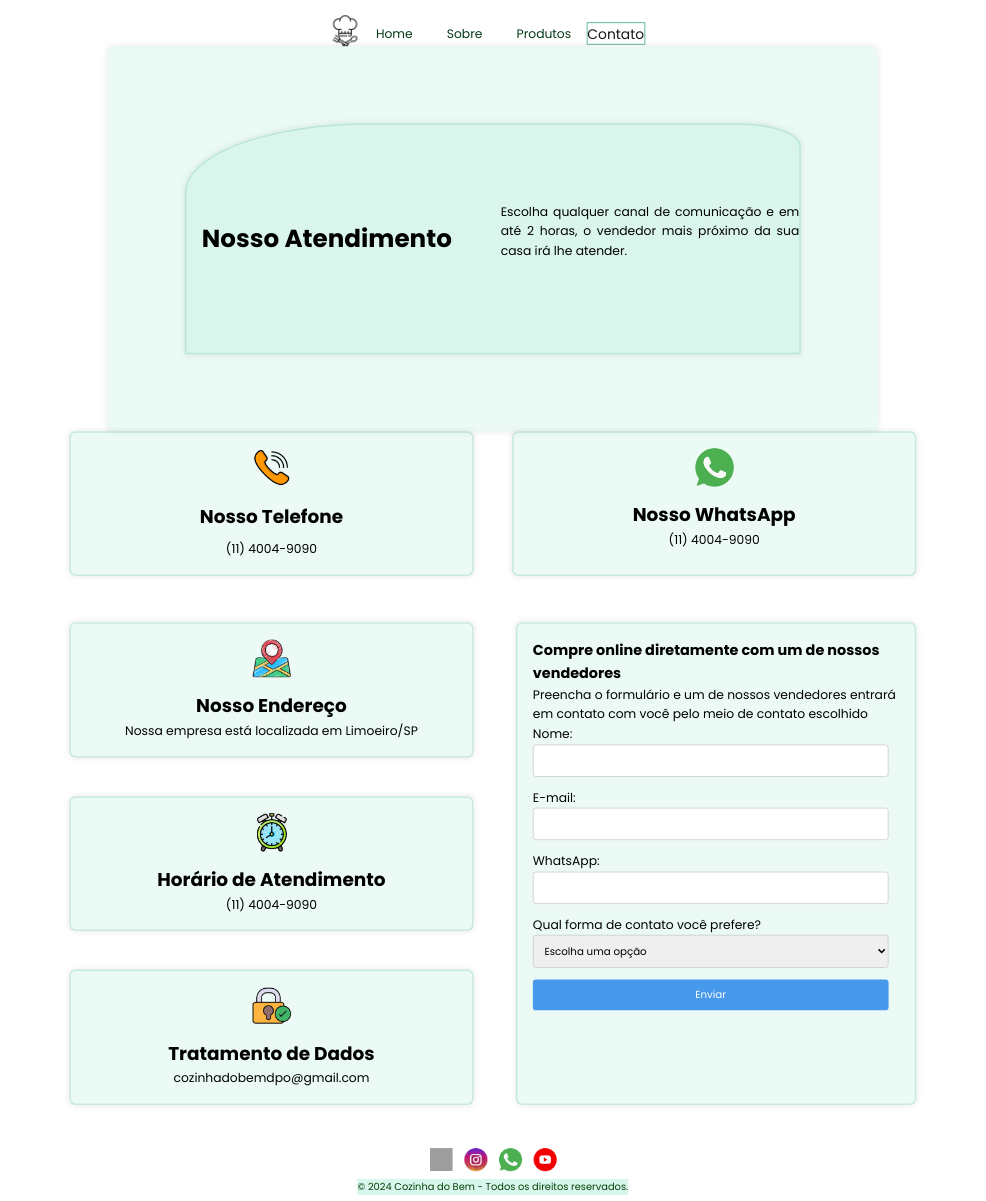
Repository: Thalia-Nataly/Cozinha-do-Bem-Proz
Page: contato.html
These files come from the project's save history. The page is drawn as it stood at one moment and after the next save; the edit follows.
The browser window is 1280 px wide. The pictures show the whole page, at 77% of full size.
Pictures or frames that could not be fetched are drawn as grey boxes.

Above is the page before, as saved 2024-08-25 19:18:31.

### contato.html
<!DOCTYPE html>
<html lang="pt-br">
<head>
    <meta charset="UTF-8">
    <meta name="viewport" content="width=device-width, initial-scale=1.0">
    <title>Contato</title>
    <link rel="icon" href="Imagens/favicon.jpg" type="image/jpg">
    <!-- CSS -->
    <link rel="stylesheet" href="css/stylegeral.css">
    <!-- JS -->
    <script src="js/menu.js" defer></script>
    <!-- Google Fonts -->
    <link rel="preconnect" href="https://fonts.googleapis.com">
    <link rel="preconnect" href="https://fonts.gstatic.com" crossorigin>
    <link href="https://fonts.googleapis.com/css2?family=Poppins:wght@100;200;300;400;500;600;700;800;900&display=swap" rel="stylesheet">
</head>
<body>
    <!-- Topo -->
    <a id="top"></a>

    <!-- Cabeçalho -->
    <header id="header">
       <div class="interface">
            <section class="logo">
                <img class="logo-branca" src="Imagens/logo.jpg" alt="Logo">
                <img class="logo-preto" src="Imagens/logo.jpg" alt="Logo">
            </section>
            <section class="menu-desktop">
                <nav>
                    <ul>
                        <li><a href="home.html">Home</a></li>
                        <li><a href="sobre.html">Sobre</a></li>
                        <li><a href="produtos.html">Produtos</a></li>
                    </ul>
                </nav>
            </section>
            <section class="btn-contato">
                <a href="contato.html">
                    <button>Contato</button>
                </a>
            </section>
        </div>
    </header>

    <!-- Main -->
    <main>
        <div class="main-content">
            <div class="box-conteiners">
                <div class="box-content">
                    <h1>Nosso Atendimento</h1>
                    <p><span>Escolha qualquer canal de comunicação e em até 2 horas, o vendedor mais próximo da sua casa irá lhe atender.</span></p>
                </div>
            </div>
        </div>

        <!-- Seções de Contato -->
        <div class="contact-container">
            <!-- Contêiner que contém o telefone e o WhatsApp -->
            <div class="contact-info-container">
                <div class="contact-info">
                    <div class="contact-box phone-box">
                        <img src="Imagens\telefone.png" alt="Ícone de Telefone" class="contact-icon">
                        <h2>Nosso Telefone</h2>
                        <p>(11) 4004-9090</p>
                    </div>
                    <div class="contact-box whatsapp-box">
                        <img src="Imagens\whatsapp_2504845.png" alt="Ícone de whatsapp" class="contact-icon">
                        <h2>Nosso WhatsApp</h2>
                        <p>(11) 4004-9090</p>
                    </div>
                </div>
            </div>

            <!-- Contêiner que contém os detalhes de contato e o formulário -->
            <div class="contact-details-form-container">
                <!-- Detalhes de contato -->
                <div class="contact-details">
                    <div class="contact-box">
                        <img src="Imagens\localização.png" alt="Ícone de Endereço" class="contact-icon">
                        <h2>Nosso Endereço</h2>
                        <p>Nossa empresa está localizada em Limoeiro/SP</p>
                    </div>
                    <div class="contact-box">
                        <img src="Imagens\horario.png" alt="Ícone de Relógio" class="contact-icon">
                        <h2>Horário de Atendimento</h2>
                        <p>(11) 4004-9090</p>
                    </div>
                    <div class="contact-box">
                        <img src="Imagens\cadeado.png" alt="Ícone de Cadeado" class="contact-icon">
                        <h2>Tratamento de Dados</h2>
                        <p>cozinhadobemdpo@gmail.com</p>
                    </div>
                </div>

                <!-- Formulário -->
                <div class="form-container">
                    <form>
                        <h3>Compre online diretamente com um de nossos vendedores</h3>
                        <p>Preencha o formulário e um de nossos vendedores entrará em contato com você pelo meio de contato escolhido </p>
                        <label for="nome">Nome: </label>
                        <input type="text" name="nome" id="nome" required>
                        <label for="email">E-mail: </label>
                        <input type="email" name="email" id="email" required>
                        <label for="tel">WhatsApp: </label>
                        <input type="tel" name="tel" id="tel" required>
                        <label for="contact-preference">Qual forma de contato você prefere?</label>
                        <select id="contact-preference" name="contact-preference" required>
                            <option value="" disabled selected>Escolha uma opção</option> <!-- Opção vazia que obrigará o usuário a escolher uma das opções abaixo -->
                            <option value="call">Ligação</option>
                            <option value="whatsapp">Mensagem no WhatsApp</option>
                        </select>

                        <button type="submit">Enviar</button>
                    </form>
                </div>
            </div>
        </div>
    </main>

    <!-- Rodapé -->
    <footer>
        <nav>
            <div class="footer-link">
                <a href="home.html" class="footer-logo">Cozinha do Bem</a>
            </div>
            <div class="social-links">
                <a href="https://www.facebook.com/" target="_blank" rel="noopener noreferrer">
                    <img src="Imagens/social_13051757.png" alt="Facebook"></a>
                <a href="https://www.instagram.com/" target="_blank" rel="noopener noreferrer">
                    <img src="Imagens/instagram_4494489.png" alt="Instagram"></a>
                <a href="https://wa.me/5544332156489" target="_blank" rel="noopener noreferrer">
                    <img src="Imagens/whatsapp_2504845.png" alt="Whatsapp"></a>
                <a href="https://www.youtube.com/" target="_blank" rel="noopener noreferrer">
                    <img src="Imagens/youtube_4494485.png" alt="Youtube"></a>
            </div>
            <p class="copyright">© 2024 Cozinha do Bem - Todos os direitos reservados.</p>
        </nav>
    </footer>
    <a href="#top" class="back-to-top">Voltar ao topo</a>
</body>
</html>

### css/stylegeral.css
/*reset*/
* {
    margin: 0;
    padding: 0;
    box-sizing: border-box;
    font-family: "Poppins", sans-serif;
}

/*----------------------------------------------------------------*/
/*media queries para ajustar o layout em diferentes tamanhos de tela.*/
@media (max-width: 768px) {
    .menu-desktop {
        display: none;
    }

    .menu-mobile {
        display: block;
    }
}

/*----------------------------------------------------------------*/
body {
    background-repeat: no-repeat, repeat;
    background-attachment: scroll, fixed;
    background-size: cover;
    line-height: 1.6;
    margin: 0;
    padding: 0;
    box-sizing: border-box;

}



/*----------------------------------------------------------------*/

/*PRODUTOS */
/* Cabeçalho */

main {

    margin-top: 60px;
}

.main-content {
    width: 1000%;
    max-width: 1000px;
    margin: 0 auto;
    padding: 80px;
    font-family: Arial, sans-serif;
    box-shadow: 0 0 10px rgba(0, 0, 0, 0.1);
    background-color: rgba(122, 223, 189, 0.153);
    border-radius: 8px;
}

.main-content h1 {
    margin-bottom: 20px;
    padding: 50px;

}

.main-content h3 {
    margin-top: 20px;
    margin-bottom: 10px;
}

.main-content p {
    margin-bottom: 20px;
}

.main-content ul {
    margin-bottom: 20px;
}

.main-content ul li {
    margin-bottom: 10px;
}

.main-content img {
    display: block;
    margin: 10px 0;
}



/* Main */
.content-container {
    display: flex;
    align-items: flex-start;
    gap: 15px;
    max-width: 1000px;
    margin-bottom: 50px;
    padding: 20px;
}

.text-box1 .text-box2 .text-box3 {
    border-radius: 8px;
    padding: 20px;
    box-sizing: border-box;
    max-width: 2000px;
    height: 650px;
}

.text-box1 {
    background-color: #aae5e8;
    flex: 1;
}

.text-box2 {
    background-color: #dbaaa3;
    flex: 1;
}

.text-box3 {
    background-color: #f7e7b2;
    flex: 1;
}

.image-box {
    flex: 1;
    max-width: 300px;
    height: 300px;
}

.image-right img {
    float: right;
    width: 200px;
    height: 200px;
}

.image-box img {
    width: 98%;
    height: 98%;
    border-radius: 8px;
    box-shadow: #000000;
    align-content: center;
}

.chips-container {
    background-color: #aae5e8;
    border-radius: 1%;
}

.arroz-container {
    background-color: #dbaaa3;
    border-radius: 1%;
}

.pizza-container {
    background-color: #f7e7b2;
    border-radius: 1%;
}

/*----------------------------------------------------------------*/
/* Formulário produto*/
.form-container {
    background-color: #7ad4ed24;
    border: 1px solid #ddd;
    border-radius: 8px;
    padding: 20px;
    box-shadow: 0 4px 8px rgba(0, 0, 0, 0.1);
    max-width: 1000px;
    margin: 0 auto;
    display: block;
    margin-top: 50px;
}

.form-container input,
.form-container button {
    display: block;
    width: 97%;
    margin-bottom: 10px;
    padding: 10px;
    border-radius: 4px;
    border: 1px solid #ddd;
    box-sizing: border-box;
}

.form-container button {
    background-color: #4799eb;
    color: #fff;
    border: none;
    cursor: pointer;
}

.form-container button:hover {
    background-color: #0056b3;
}


/*----------------------------------------------------------------*/


/* Footer GERAL */
footer {
    align-items: center;
    text-align: center;
    list-style: none;
}

.footer-logo {
    font-size: 24px;
    font-weight: bold;
    text-decoration: none;
    color: #ffffff;
}

.footer-logo:hover {
    color: #000000;
}


footer {
    background-color: transparent;
    padding: 8px;
    text-align: center;
}

footer nav {
    display: flex;
    flex-direction: column;
    align-items: center;
}

footer .footer-link {
    margin-bottom: 10px;
}

footer .social-links {
    display: flex;
    gap: 15px;
    margin-bottom: 10px;
}

footer .social-links a {
    text-decoration: none;
    color: #ffffff;
}

footer .social-links img {
    width: 30px;
    height: 30px;
    vertical-align: middle
}

footer .redes {
    display: flex;
    gap: 15px;
    margin-bottom: 10px;
}

ul.redes img {
    width: 30px;
    height: 30px;
    vertical-align: middle;
    list-style-type: none;
}


footer .social-links a:hover {
    color: #000000;
}

footer p {
    font-size: 0.8em;
    color: #ffffff;
    margin-top: 0;
}

.copyright {
    align-items: center;
    text-align: center;
    background-color: rgba(122, 223, 189, 0.293);
    color: rgb(3, 64, 5);
}

/*----------------------------------------------------------------*/

/* Botão "Voltar ao topo" */
.back-to-top {
    position: fixed;
    bottom: 10px;
    bottom: 33px;
    right: 20px;
    background-color: #ffffff;
    color: #0ba22f;
    padding: 10px;
    border-radius: 8px;
    text-decoration: none;
    font-size: 14px;
    box-shadow: 0 2px 4px rgba(0, 0, 0, 0.2);
    z-index: 1000;
    border: 2px solid #047110;

}

.back-to-top:hover {
    background-color: #047110;
    color: #ffffff;
}

/*----------------------------------------------------------------*/
/* Home video*/


.banner {
    width: 100%;
    height: 98vh;
    overflow: hidden;
    display: flex;
    justify-content: center;
    align-items: center;
}

.banner video {
    position: fixed;
    top: 0;
    left: 0;
    object-fit: cover;
    width: 100%;
    height: 98vh;
    z-index: -1;

}

/*----------------------------------------------------------------*/

/*navbar*/
.interface {
    max-width: 1280px;
    margin: 0 auto;
}

header .btn-contato button:hover {
    background-color: #078d07;
    color: #ffffff;
    transition: all 0.3s ease-in-out;
}

.menu-desktop nav a:hover {
    transform: scale(1.05);
}

/* Estilo do Header */
header {
    width: 100%;
    padding: 20px 0;
    position: fixed;
    top: 0;
    left: 0;

    transition: .5s;
    z-index: 5;
}

header .interface {
    display: flex;
    justify-content: center;
    align-items: center;
    background-color: transparent;

}

header .logo img {
    max-width: 40px;


}

/* ---------------------------------------------------------------- */
/* Estilo do Menu */

header .logo img.logo-preto {
    display: none;
}

header .menu-desktop nav ul {
    list-style-type: none;
}

header .menu-desktop nav ul li {
    display: inline-block;
    margin: 0 20px;
}

header .menu-desktop nav ul li a {
    color: #033915;
    text-decoration: none;
    display: inline-block;
    transition: .2s;
}

.menu-desktop nav a:hover {
    transform: scale(1.05);
}

header .btn-contato,
button .botaosaiba button {
    width: 90px;
    height: 4%;
}

header .btn-contato button,
.hero-site button,
.botaosaiba button {
    font-size: 18px;
    background-color: transparent;
    border: 1px solid #038d5acb;
    color: #171616;
    cursor: pointer;
    transition: .5s;
}

header .btn-contato button:hover,
.hero-site button:hover {
    background-color: #165850;
    color: #fbfffd;

}

header.rolar {
    background-color: #02484691;
    padding: 10px 0;
    box-shadow: 0 0 8px #0bb8a772;

}

header.rolar .menu-desktop nav ul li a {
    color: #ffffff;
}

header.rolar .btn-contato button:hover {
    background-color: #036047;
    color: #ebf5f4;
}

header.rolar .logo img.logo-branca {
    display: none;
}

header.rolar .logo img.logo-preto {
    display: block;
}

/*Hero-site*/
section.hero-site {
    height: 98vh;
    color: black;
}

.hero-site .interface {
    display: flex;
    align-items: center;
    height: 100%;
    margin: 0 auto;
}

.hero-site .txt-hero {
    background-color: rgba(122, 223, 189, 0.153);
    border-top-right-radius: 20%;
    border-top-left-radius: 20%;
}

.hero-site .txt-hero h1 {
    font-size: 4em;
    font-weight: 200;
}

.hero-site .txt-hero p {
    font-size: 20px;
    font-weight: 300;
    margin: 25px 0;
}

.hero-site .txt-hero p span {
    display: block;
}

.hero-site button,
.box-img button {
    width: 200px;
    height: 50px;
}

/* C O N T A T O    P Á G I N A   I N Í C I O*/
/* Contêiner principal de contato */
.contact-container {
    display: flex;
    flex-direction: column;
    align-items: center;
    gap: 20px; /* Espaço entre os elementos */
}


/* Contêiner que contém o telefone e o WhatsApp */
.contact-info-container {
    display: flex;
    justify-content: center;
    width: 100%;
    margin-bottom: 20px; /* Diminuir o espaço entre o WhatsApp e a linha de cima */
}

/* Ainhamento entre o telefone e o WhatsApp na mesma linha */
.contact-info {
    display: flex;
    gap: 50px; /* Espaçamento entre o telefone e WhatsApp */
}

/* Style para o telefone e o WhatsApp */
.contact-box {
    border-radius: 8px;
    padding: 20px; /* AAjustar o ícone e o texto */
    box-sizing: border-box;
    text-align: center;
    width: 525px; /* Ajustar a largura */
    background-color: rgba(122, 223, 189, 0.153);
    border: 2px solid #038d5a27;
    box-shadow: 0 0 10px rgba(0, 0, 0, 0.1);
}


/* Box telefone */
.phone-box {
    display: flex;
    flex-direction: column;
    align-items: center;
}

/* ícone telefone */
.contact-icon {
    width: 50px; /* Ajustar tamanho */
    height: auto;
    margin-bottom: 10px; /* Espaço entre a imagem e o texto */
}

/* Style para o título e o texto na caixa de telefone */
.phone-box h2 {
    margin: 10px 0;
}

.phone-box p {
    margin: 0;
}

/* Style para a caixa do WhatsApp */
.whatsapp-box {
    text-align: center;
}

/* Style para o contêiner de detalhes do contato e formulário */
.contact-details-form-container {
    display: flex;
    justify-content: space-between; /* Espaçamento automático para as colunas */
    width: 100%;
    max-width: 1100px; /* Largura máxima das colunas */
    margin-top: 20px; /* Espaço de cima contêiner */
}

/* Style para os detalhes de contato e formulário */
.contact-details, .form-container .form-produtos {
    display: flex;
    flex-direction: column;
    gap: 50px;
    width: 500px; /* Largura fixa para ambas as colunas (sem considerar o form) */
    box-sizing: border-box;
}

/* Style para o formulário */
.form-container
{
    margin-top: 10px; /* Diminuir o espaço entre o form e a linha de cima */
    height: auto; /* Altura do conteúdo */
    background-color: rgba(122, 223, 189, 0.153);
    border: 2px solid #038d5a27;
    box-shadow: 0 0 10px rgba(0, 0, 0, 0.1);
    border-radius: 8px;
    padding: 20px;
    max-width: 1000px;
    margin: 0 auto;
    display: block;
    margin-left: 80px; /* Adicionar espaço à esquerda do form */
}
.form-prodcontainer {
    width: 1000%;
    max-width: 1000px;
    margin: 0 auto;
    padding: 80px;
    font-family: Arial, sans-serif;
    box-shadow: 0 0 10px rgba(0, 0, 0, 0.1);
    background-color: rgba(122, 223, 189, 0.153);
    border-radius: 8px;
}
.form-produtos {
    margin-top: 10px; /* Diminuir o espaço entre o form e a linha de cima */
    height: auto; /* Altura do conteúdo */
    background-color: rgba(122, 223, 189, 0.153);
    border: 2px solid #038d5a27;
    box-shadow: 0 0 10px rgba(0, 0, 0, 0.1);
    border-radius: 8px;
    padding: 20px;
    max-width: 1000px;



}

/* Style dos campos de entrada e botão dentro do form */
.form-container input,
.form-container select,
.form-container button
.form-prodcontainer input,
.form-prodcontainer select
{
    display: block;
    width: 97%;
    margin-bottom: 15px;
    padding: 10px;
    border-radius: 4px;
    border: 1px solid #cccccc; /* Cor da borda dos campos */
    box-sizing: border-box;
}
.form-prodcontainer button{
    height:auto;
    width: 70px;
    margin-bottom: 15px;
    background-color: #4799eb;
    color: white;
    border: none;
    cursor: pointer;
    border-radius: 4px;
}

/* Estilo do botão dentro do form */
.form-container button
.form-prodcontainer  button {
    background-color: #ffffff;
    color: #047110;
    border: none;
    cursor: pointer;
    border: 2px solid #00000027;
}

.form-container button:hover
.form-prodcontainer form button:hover {
    background-color: #047110;
    color: #ffffff;
}



/*----------------------------------------------------------------*/
/* Boxes */
.box-img img {
    width: 200px;
    height: 200px;
}

.box-conteiners {

    padding: 20px;
    max-width: auto;
    height: auto;
    list-style-type: none;
    display: flex;
    justify-content: center;
    align-items: center;
    flex: wrap;



}


.box-content {

    width: 800px;
    height: 300px;
    background-color: rgba(122, 223, 189, 0.153);
    border: 2px solid #038d5a27;
    box-shadow: 0 0 10px rgba(0, 0, 0, 0.1);

    border-start-start-radius: 30%;
    border-start-end-radius: 10%;
    order: 1;
    display: flex;
    justify-content: center;
    align-items: center;
    flex: wrap;




}

.box-content h1 {
    width: 800px;
    display: flex;
    margin-top: 20px;
    align-self: center;
    padding: 20px;

}

.box-content p {
    width: 800px;
    text-align: justify;
    display: block;

    align-self: center;
    flex-direction: left;
}


.box-img {

    width: 250px;
    height: auto;
    align-self: center;
    padding: 20px;



}

.box-img img {
    border-radius: 20%;

}

.box-sobre {

    width: 800px;
    height: auto;
    padding: 20px;
    order: 1;
    border-end-end-radius: 10%;
    border-start-end-radius: 10%;



}

.botaosaiba {
    display: flex;
    align-self: center;
    flex-direction: center;
    order: 1;

}

### js/menu.js

//cor do menu mudar quando rolar p baixo//
let navBar = document.querySelector('#header');

document.addEventListener('scroll', ()=>{
    let scrollTop = window.scrollY;
    if(scrollTop > 0){
        navBar.classList.add('rolar');
    }else{
        navBar.classList.remove('rolar');
    }

} )

// botao voltar ao topo apenas aparecer quando rolar p baixo//
window.onscroll = function() {
    var topButton = document.querySelector('.back-to-top');
    if (document.body.scrollTop > 20 || document.documentElement.scrollTop > 20) {
        topButton.style.display = "block";
    } else {
        topButton.style.display = "none";
    }
};

// formulario de contato//
function Enviar() {

    var nome = document.getElementById("nomeid");

    if (nome.value != "") {
        alert('Obrigado sr(a) ' + nome.value + ' os seus dados foram encaminhados com sucesso');
    }

}

After the next save:
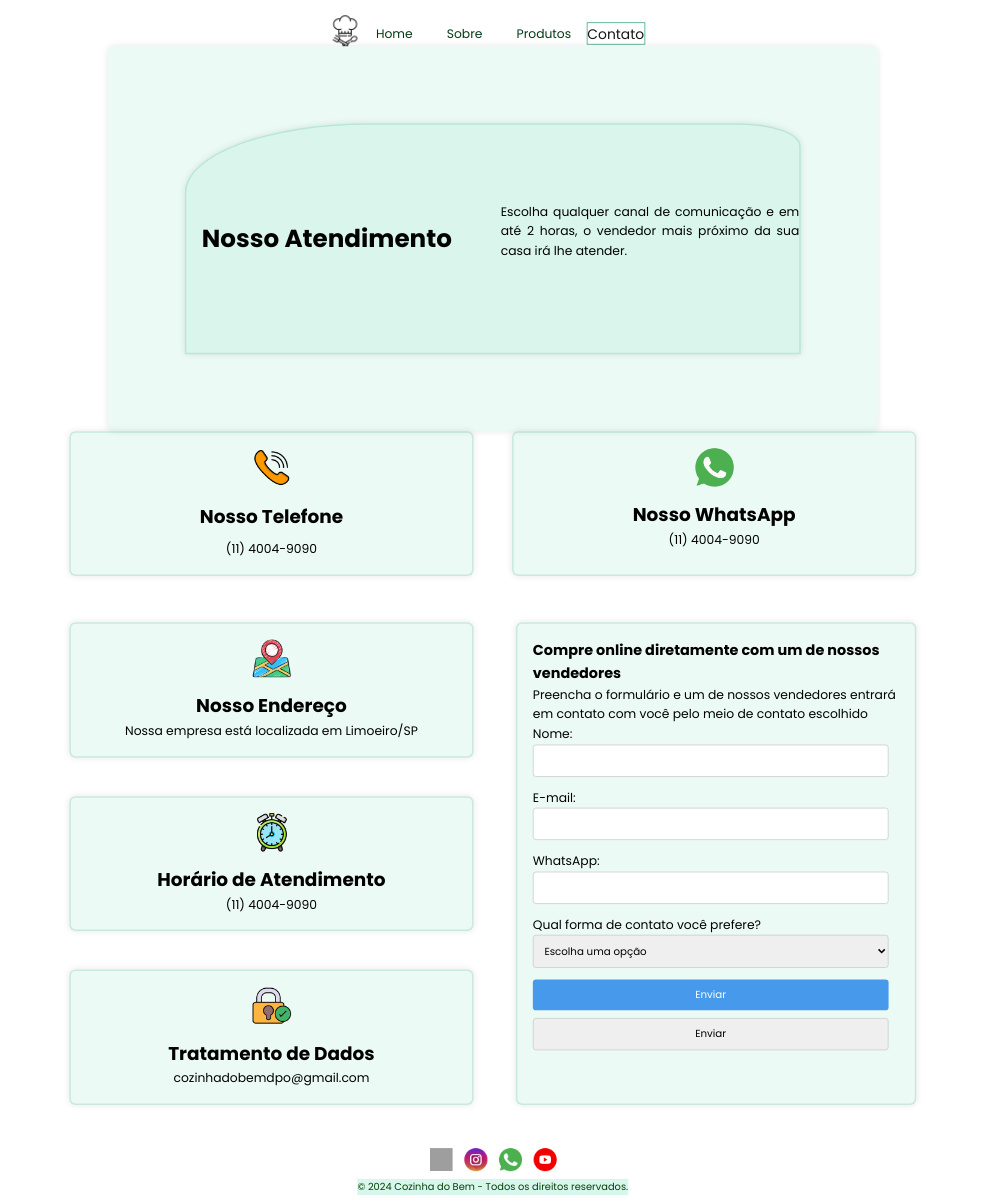
Saved 15 s later.
--- a/contato.html
+++ b/contato.html
@@ -111,6 +111,7 @@
                         </select>
 
                         <button type="submit">Enviar</button>
+                        <input type="submit" class="enviar" onclick="Enviar();" value="Enviar" />
                     </form>
                 </div>
             </div>
